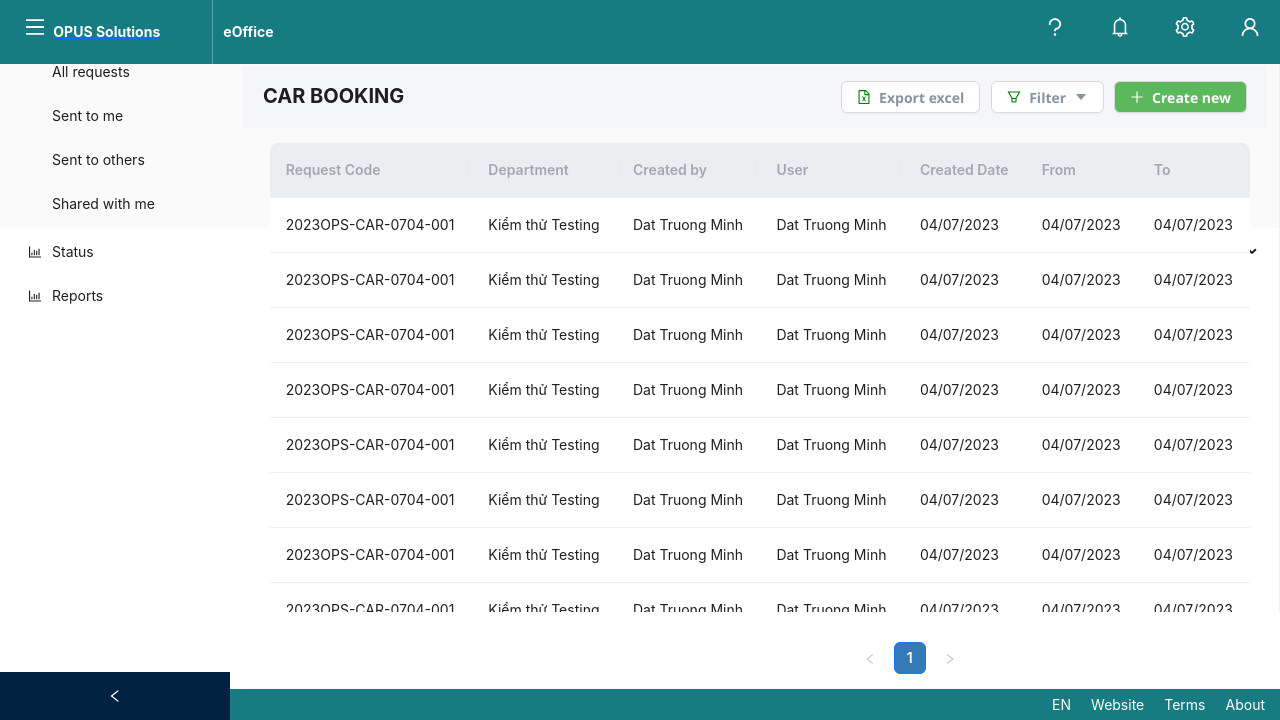
Repository: vannam272008/car-booking
Page: /request/carbooking
These files come from the project's save history. The page is drawn as it stood at one moment and after a run of saves; the edit follows.
The browser window is 1280 px wide. The pictures show the whole page.
The project was rebuilt for these pictures with package versions that can differ from the ones it lists, and the page was loaded fresh each time. Also part of the build but not shown: src/Components/DetailRequest/Comments/comment.css, src/Components/DetailRequest/Comments/comment.tsx, src/Components/DetailRequest/Menu/menu.css, src/Components/DetailRequest/Menu/menu.tsx, src/Components/AppSider/AppSider.scss, src/Components/DetailRequest/DetailRequest/detailRequest.tsx, src/Components/AddRequest/MenuAdd/menuAdd.tsx, src/Components/AddRequest/SendApprover/sendApprover.css and 3 more. Imported but missing from the stored project, and not drawn on this page: src/Pages/Home.

Above is the page before, as saved 2023-07-10 16:21:48.

After the next 3 saves:
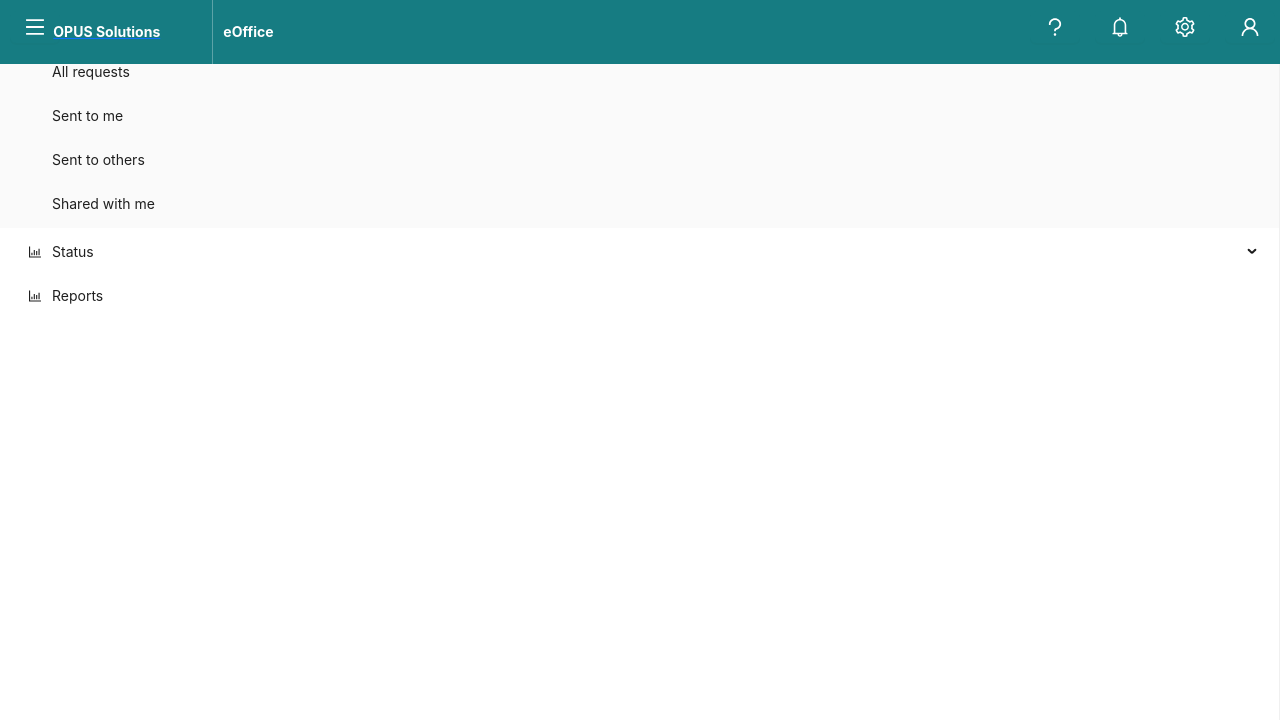
The 3 saves are shown as one change because 2 did not build or start.
The last was saved 2 min 39 s later.
--- a/src/Components/AppSider/index.tsx
+++ b/src/Components/AppSider/index.tsx
@@ -1,6 +1,6 @@
 import React, { useState } from 'react';
 import type { MenuProps } from 'antd';
-import { Layout, Menu, theme, Space } from 'antd';
+import { Layout, Menu, theme, Space, Affix } from 'antd';
 import { Input } from 'antd';
 
 import { FolderOpenOutlined, BarChartOutlined, SearchOutlined, SettingOutlined } from '@ant-design/icons';
@@ -73,20 +73,22 @@ const AppSider = (props: any) => {
                 <Input addonBefore={<SearchOutlined />} placeholder="..." />
             </Space.Compact>
             <div className='menu'>
-                <Menu
-                    className="menu-container"
-                    mode="inline"
-                    defaultSelectedKeys={[openItem]}
-                    defaultOpenKeys={['requests']}
-                    openKeys={[openItem]}
-                    style={{ height: '100%' }}
-                    items={props.profile ? profileItems : items}
-                    onClick={handleClick}
-                    onOpenChange={(openKey) => {
-                        setOpenItem(openKey[1])
-                    }}
-                >
-                </Menu>
+                <Affix offsetTop={120} onChange={(affixed) => console.log(affixed)}>
+                    <Menu
+                        className="menu-container"
+                        mode="inline"
+                        defaultSelectedKeys={[openItem]}
+                        defaultOpenKeys={['requests']}
+                        openKeys={[openItem]}
+                        style={{ height: '100%' }}
+                        items={props.profile ? profileItems : items}
+                        onClick={handleClick}
+                        onOpenChange={(openKey) => {
+                            setOpenItem(openKey[1])
+                        }}
+                    >
+                    </Menu>
+                </Affix>
             </div>
         </Sider>
 

After the save that followed:
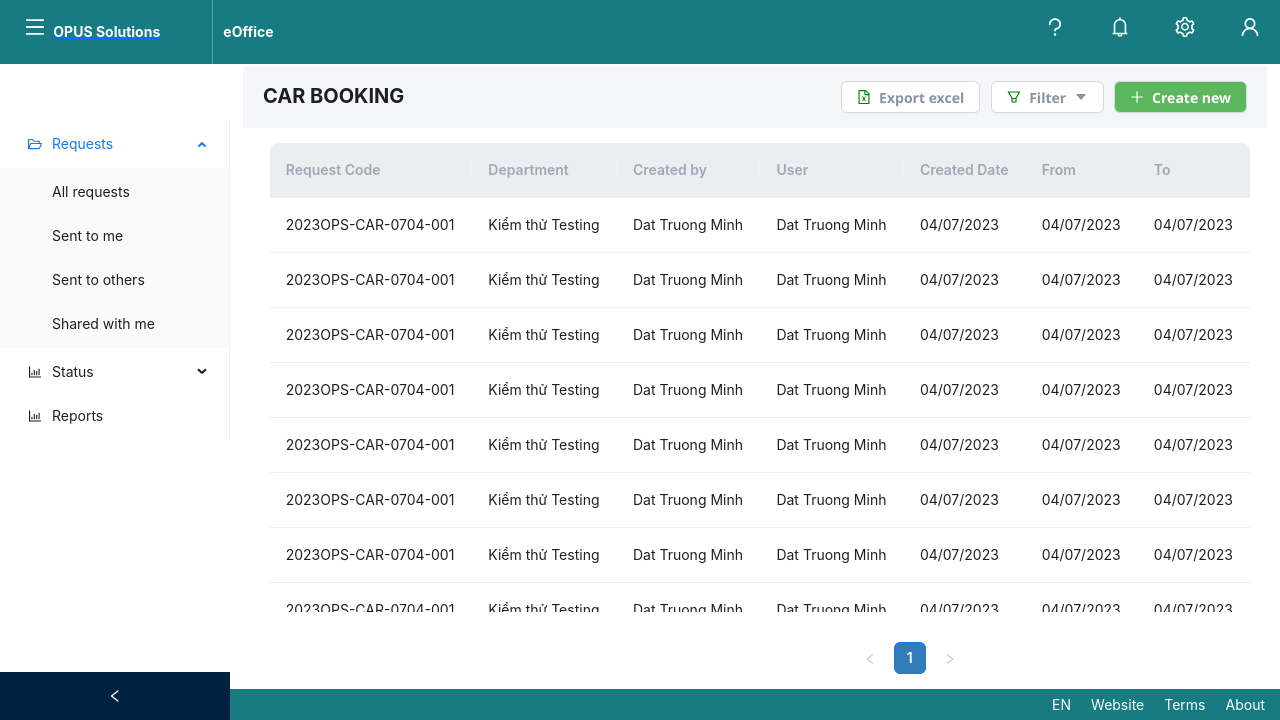
Saved 21 s later.
--- a/src/Components/AppSider/AppSider.css
+++ b/src/Components/AppSider/AppSider.css
@@ -1,4 +1,4 @@
-.menu-container {
+/* .menu-container {
     position: fixed;
     top: 0;
     left: 0;
@@ -9,4 +9,4 @@
   .menu {
     height: 100%; /* hoặc chiều cao tùy chọn */
     overflow-y: auto; /* hiển thị thanh cuộn khi nội dung vượt quá chiều cao */
-  }
+  } */
